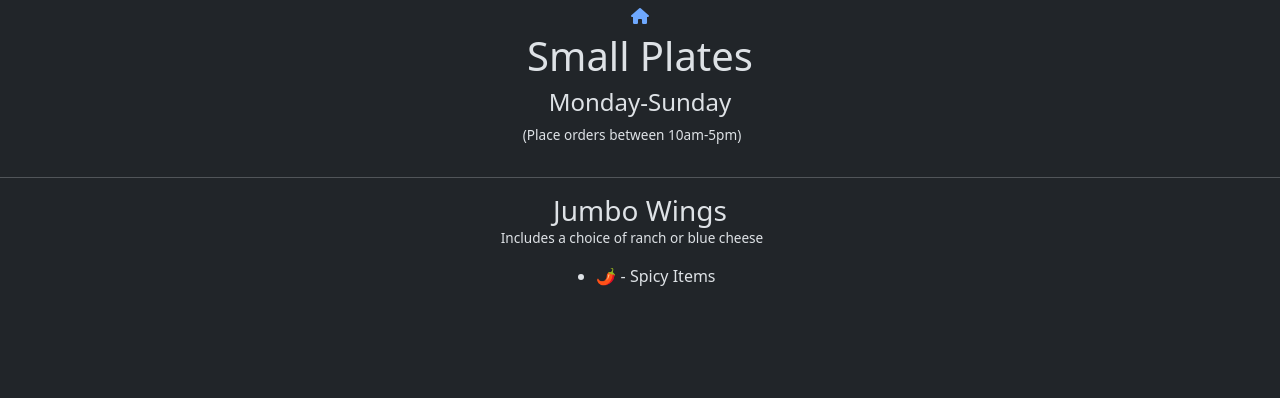
Repository: dukedward/smokehousemenu
Page: plates/index.html
The author's editor kept a copy of each file at every save. The page is drawn from the files as they stood at one save, then again after the next save.
The browser window is 1280 px wide. The pictures show the whole page.
Some web libraries are served in a nearby version.

Above is the page before, as saved 2023-03-06 12:23:24.

After the next save:
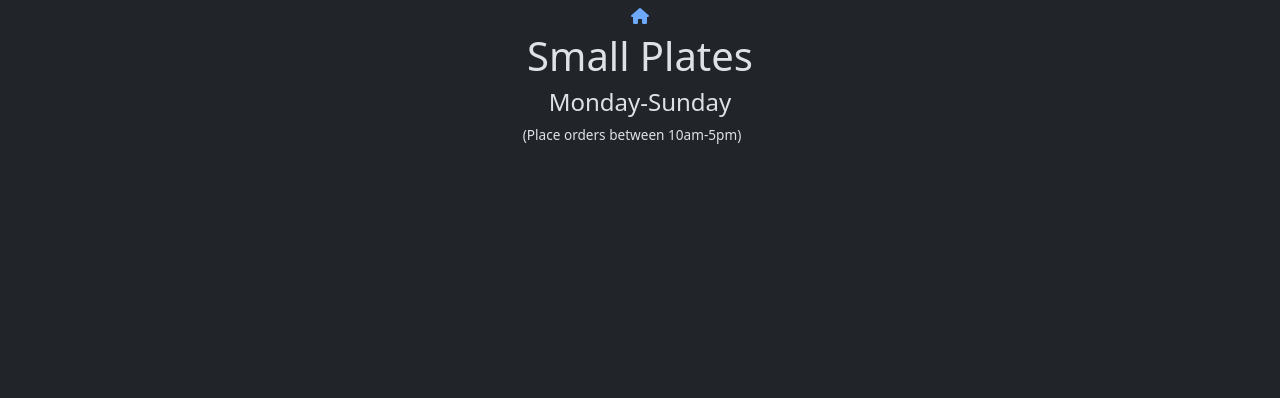
Console error: TypeError: Cannot read properties of undefined (reading '0')
Saved 3 min 48 s later.
--- a/script.js
+++ b/script.js
@@ -65,10 +65,20 @@
     const newSubSectTitle = document.createElement("h4");
     newSubSectTitle.innerHTML = subCategories[0].name;
 
+    const newSubSectDesc = document.createElement('div');
+    newSubSectDesc.className = "desc";
+    const newSubSectDescText = document.createElement("p");
+    newSubSectDescText.innerHTML = subCategories[0].description[0].text;
+    newSubSectDesc.appendChild(newSubSectDescText);
+
+
     const newSubSectList = document.createElement('ul');
     const newSubSectListItem = document.createElement('li');
-    newSubSectListItem.innerHTML = subCategories[0].description[0].text
+    newSubSectListItem.innerHTML = products[0].description[0].name
     newSubSectList.appendChild(newSubSectListItem)
+
+    newSubSect.appendChild(newSubSectTitle)
+    newSubSect.appendChild(newSubSectDesc)
     newSubSect.appendChild(newSubSectList)
 
     // add to the newly created div

After the save that followed:
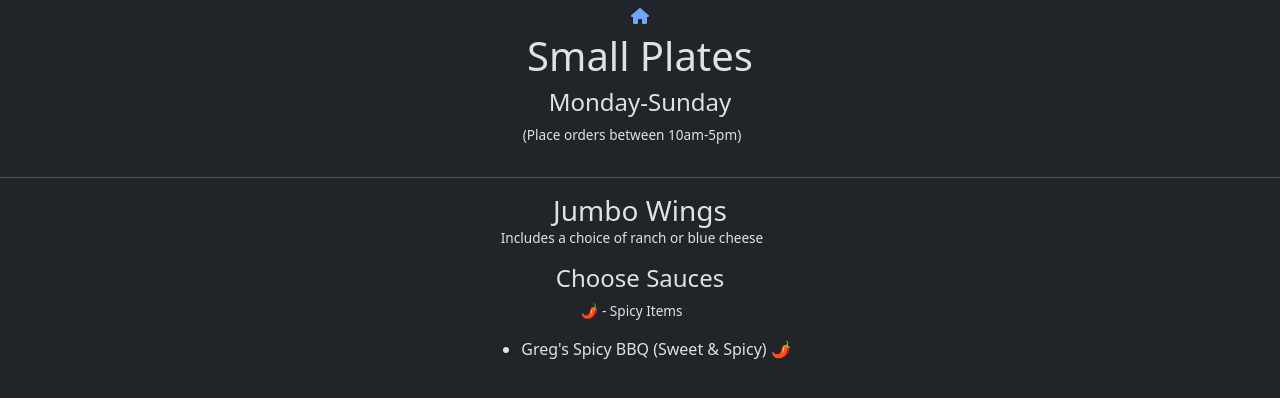
The error is gone.
Saved 22 s later.
--- a/script.js
+++ b/script.js
@@ -74,7 +74,7 @@
 
     const newSubSectList = document.createElement('ul');
     const newSubSectListItem = document.createElement('li');
-    newSubSectListItem.innerHTML = products[0].description[0].name
+    newSubSectListItem.innerHTML = products[0].name
     newSubSectList.appendChild(newSubSectListItem)
 
     newSubSect.appendChild(newSubSectTitle)
